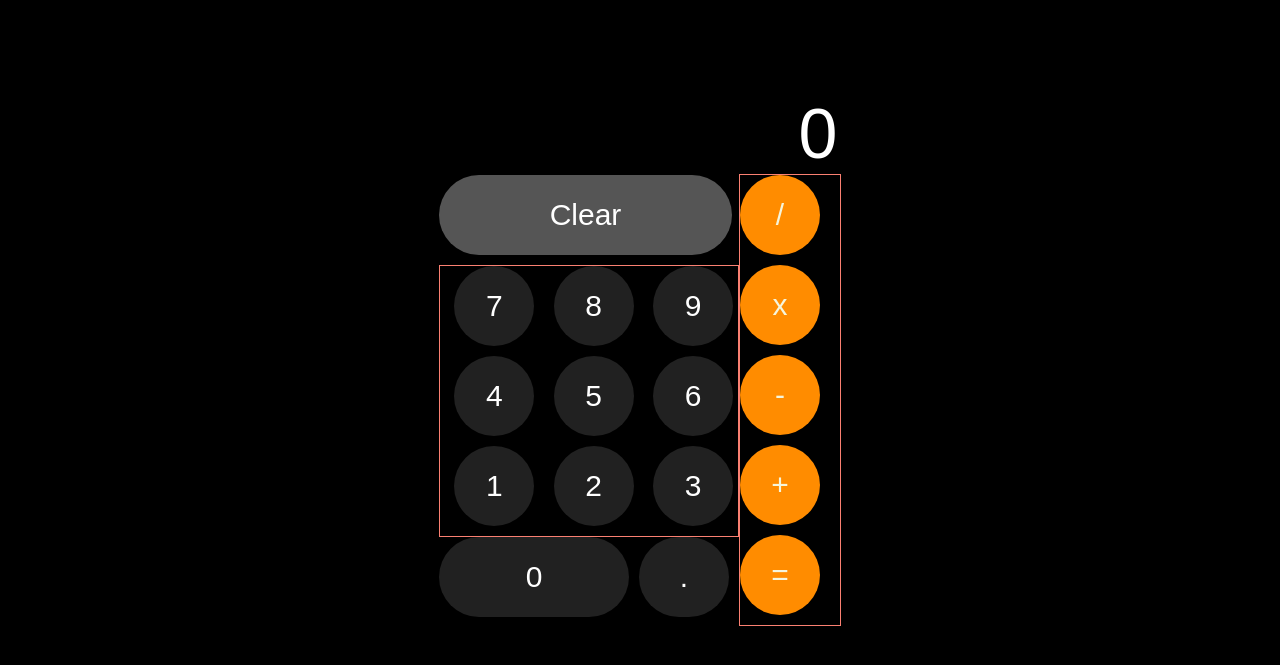
Repository: kocokoy/Calculator
Page: index.html
The author's editor kept a copy of each file at every save. The page is drawn from the files as they stood at one save, then again after the next save.
The browser window is 1280 px wide. The pictures show the whole page.

Above is the page before, as saved 2024-10-23 09:32:00.

After the next save:
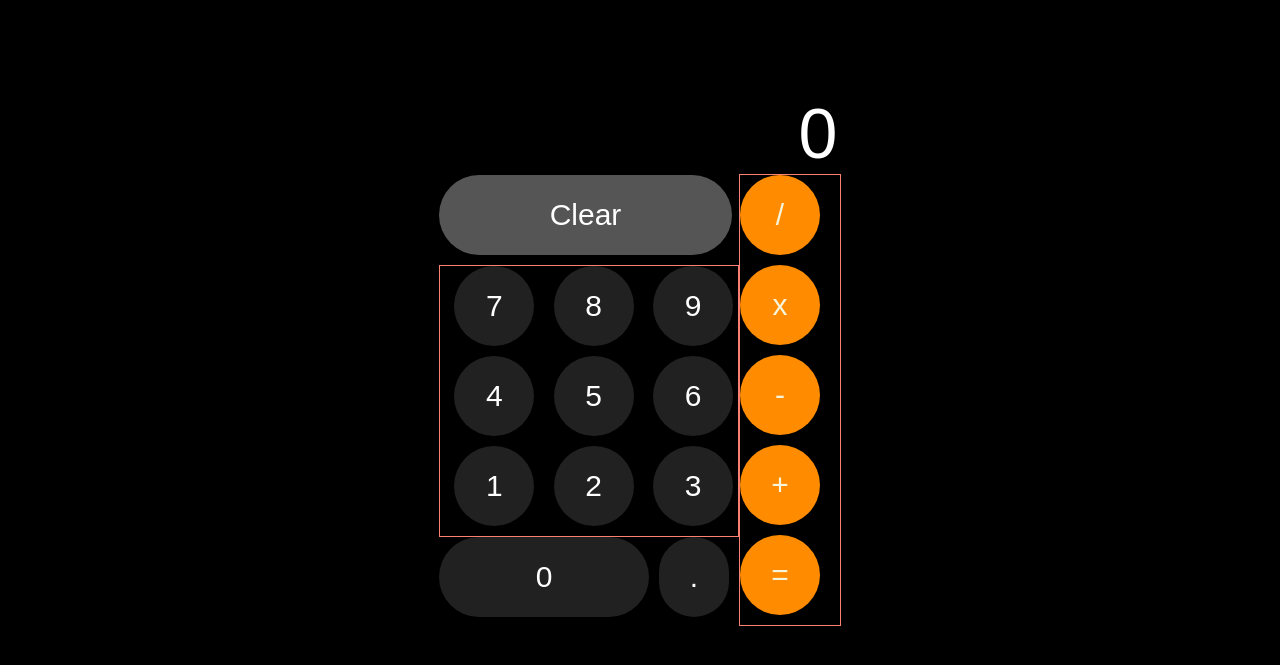
Saved 38 s later.
--- a/style.css
+++ b/style.css
@@ -59,7 +59,7 @@ button{
 }
 .zero-button-container{
   display: grid;
-  grid-template-columns: 1fr 100px;
+  grid-template-columns: 1fr 80px;
 }
 .zero-button-container button{
   margin-right: 10px;
